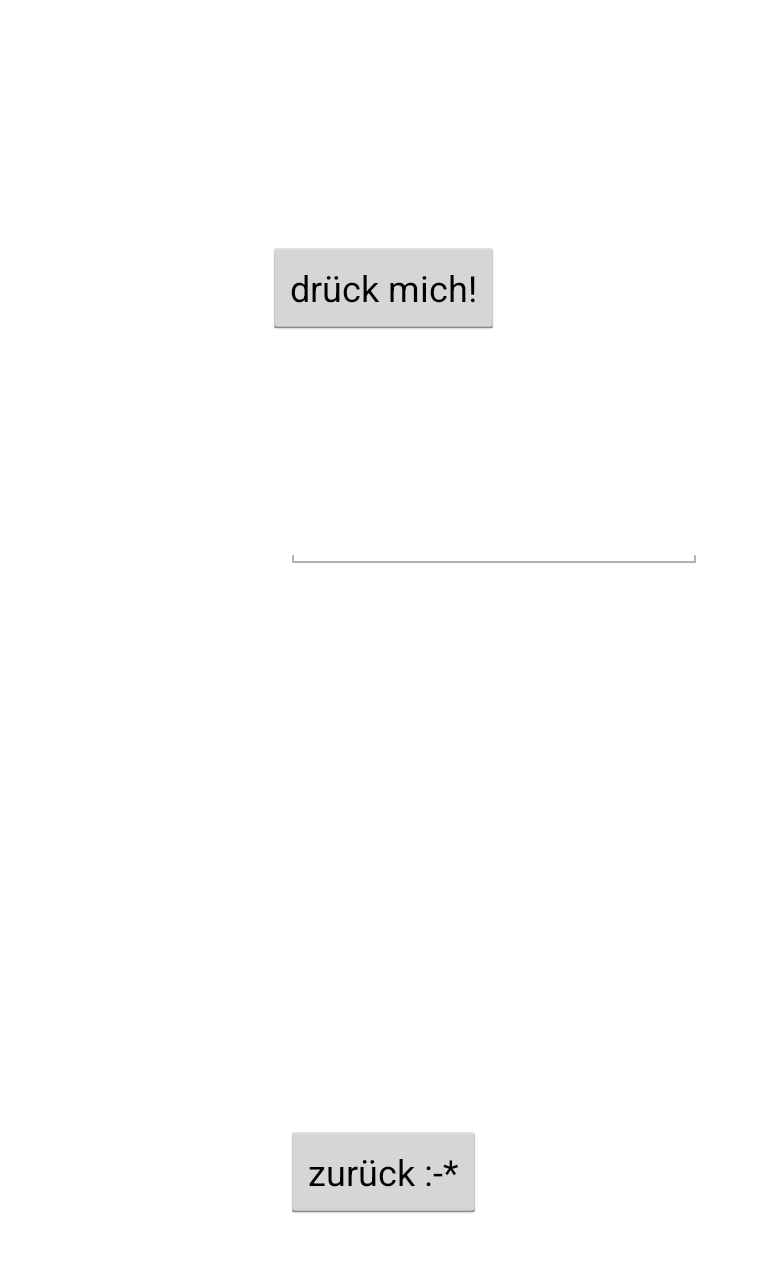
Repository: flashback2k12/ChristmasPresent
Layout: ChristmasPresent/res/layout/activity_first_coupon.xml
The author's editor kept a copy of each file at every save. The layout is drawn from the files as they stood at one save, then again after the next save.
It is drawn on a 768 x 1280 px phone screen (xhdpi) without system bars, with theme AppTheme; the app's code is not run.

Above is the layout before, as saved 2012-12-18 18:50:45.

### ChristmasPresent/res/layout/activity_first_coupon.xml
<?xml version="1.0" encoding="utf-8"?>
<RelativeLayout xmlns:android="http://schemas.android.com/apk/res/android"
    android:layout_width="match_parent"
    android:layout_height="match_parent">

    <Button
        android:id="@+id/button1FC"
        android:layout_width="wrap_content"
        android:layout_height="wrap_content"
        android:layout_alignParentTop="true"
        android:layout_centerHorizontal="true"
        android:layout_marginTop="120dp"
        android:onClick="BtnFirstCoupon"
        android:text="@string/button_standard" />

    <Button
        android:id="@+id/button1"
        android:layout_width="wrap_content"
        android:layout_height="wrap_content"
        android:layout_alignParentBottom="true"
        android:layout_centerHorizontal="true"
        android:layout_marginBottom="30dp"
        android:text="@string/button_zurueck"
        android:onClick="BtnZurueck"/>

    <EditText
        android:id="@+id/etGutschein1"
        android:layout_width="wrap_content"
        android:layout_height="wrap_content"
        android:layout_alignLeft="@+id/button1"
        android:layout_below="@+id/button1FC"
        android:layout_marginTop="78dp"
        android:ems="10"
        android:inputType="text"/>


</RelativeLayout>

### ChristmasPresent/res/values-v11/styles.xml
<resources>

	<style  name="AppTheme" parent="android:Theme.Holo.Light" />

</resources>

### ChristmasPresent/res/values/strings.xml
<?xml version="1.0" encoding="utf-8"?>
<resources>

    <string name="app_name">Weihnachtsgeschenk</string>
    <string name="title_activity_main">Weihnachtsgeschenk</string><string name="menu_settings">Menü</string><string name="hello_schatz_z1">Ich wünsche dir alles liebe zum Weihnachtsfest mein Schatz. :-* </string>
    <string name="hello_schatz_z2">Ich hoffe, dass dir die nächsten Punkte gefallen werden!!! :-)</string>

    <string name="button_standard">drück mich!</string>
    <string name="button_zurueck">zurück :-*</string><string name="checkbox1">Gutschein 1</string>
    <string name="checkbox2">Gutschein 2</string>
    <string name="checkbox3">Gutschein 3</string>
    <string name="checkbox4">Gutschein 4</string>
    <string name="checkbox5">Gutschein 5</string>
    <string name="gutschein1">Ein Gutschein für einen Kinobesuch deiner Wahl!</string>
    <string name="gutschein2">Ein Gutschein zum Essen gehen deiner Wahl!</string>
    <string name="gutschein3">Ein Gutschein für eine Massage!</string>
    <string name="gutschein4">Ein Gutschein für ein Candlelight Dinner!</string>
    <string name="gutschein5">Ein Gutschein für 4 Knutsch-Fotos im Passbildautomat (Ecke Löffelfamilie)!</string>


</resources>

Loaded but not shown: ChristmasPresent/res/values-v14/styles.xml (common file); ChristmasPresent/res/values/styles.xml (common file)

After the next save:
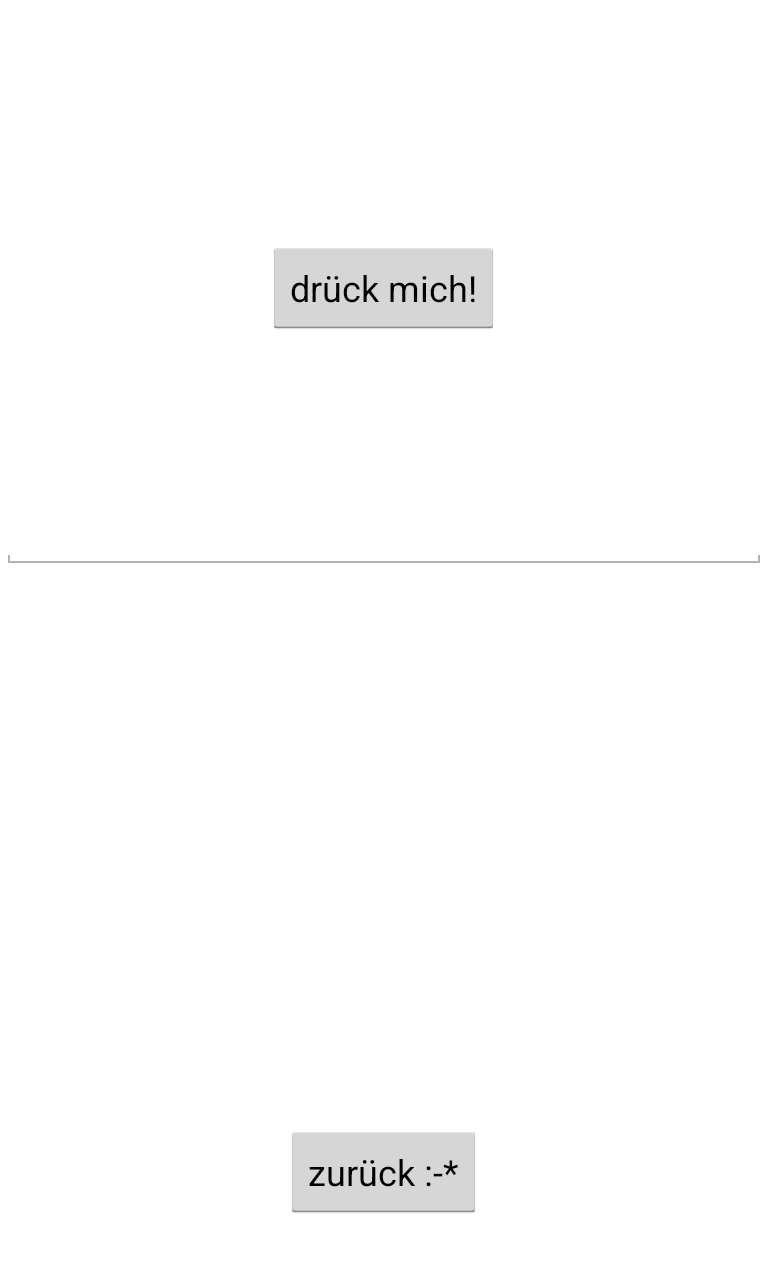
Saved 51 s later.
--- a/ChristmasPresent/res/layout/activity_first_coupon.xml
+++ b/ChristmasPresent/res/layout/activity_first_coupon.xml
@@ -27,11 +27,9 @@
         android:id="@+id/etGutschein1"
         android:layout_width="wrap_content"
         android:layout_height="wrap_content"
-        android:layout_alignLeft="@+id/button1"
         android:layout_below="@+id/button1FC"
         android:layout_marginTop="78dp"
-        android:ems="10"
-        android:inputType="text"/>
-
+        android:ems="30"
+        android:inputType="text" />
 
 </RelativeLayout>
